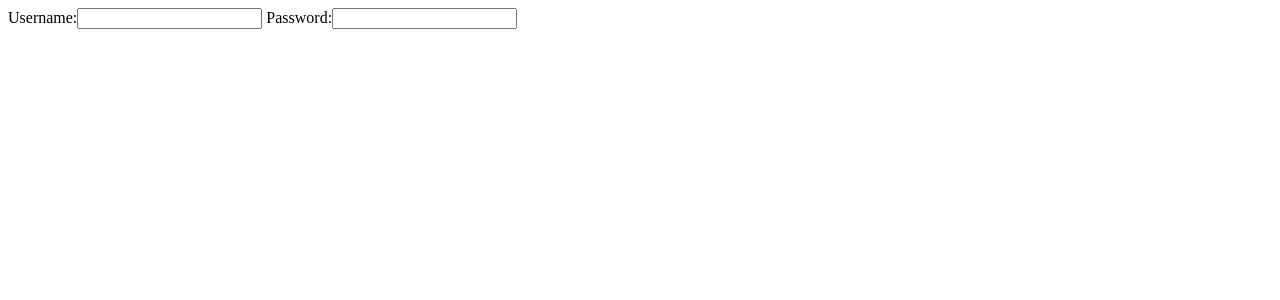
Repository: Bodily-Brad/CS313-Group-Java
Page: http://localhost/8.02/login.jsp
The author's editor kept a copy of each file at every save. The page is drawn from the files as they stood at one save, then again after the next save.
The browser window is 1280 px wide. The pictures show the whole page.
The page is served by Tomcat 9.

Above is the page before, as saved 2014-11-11 16:40:06.

### 8.02/WebContent/login.jsp
<%@ page language="java" contentType="text/html; charset=ISO-8859-1"
    pageEncoding="ISO-8859-1"%>
<!DOCTYPE html PUBLIC "-//W3C//DTD HTML 4.01 Transitional//EN" "http://www.w3.org/TR/html4/loose.dtd">
<html>
<head>
<meta http-equiv="Content-Type" content="text/html; charset=ISO-8859-1">
<title>Insert title here</title>
</head>
<body>
	<form action="ValidateUser" method="Get">
		<label>Username:</label><input type="text" name="username">
		<label>Password:</label><input type="password" name="password">
	</form>
</body>
</html>

After the next save:
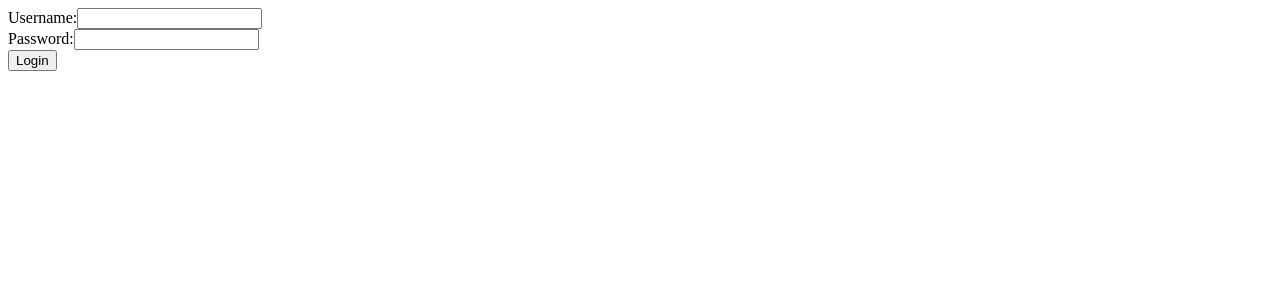
Saved 37 s later.
--- a/8.02/WebContent/login.jsp
+++ b/8.02/WebContent/login.jsp
@@ -8,8 +8,9 @@
 </head>
 <body>
 	<form action="ValidateUser" method="Get">
-		<label>Username:</label><input type="text" name="username">
-		<label>Password:</label><input type="password" name="password">
+		<label>Username:</label><input type="text" name="username"><br>
+		<label>Password:</label><input type="password" name="password"><br>
+		<input type="submit" value="Login">
 	</form>
 </body>
 </html>
